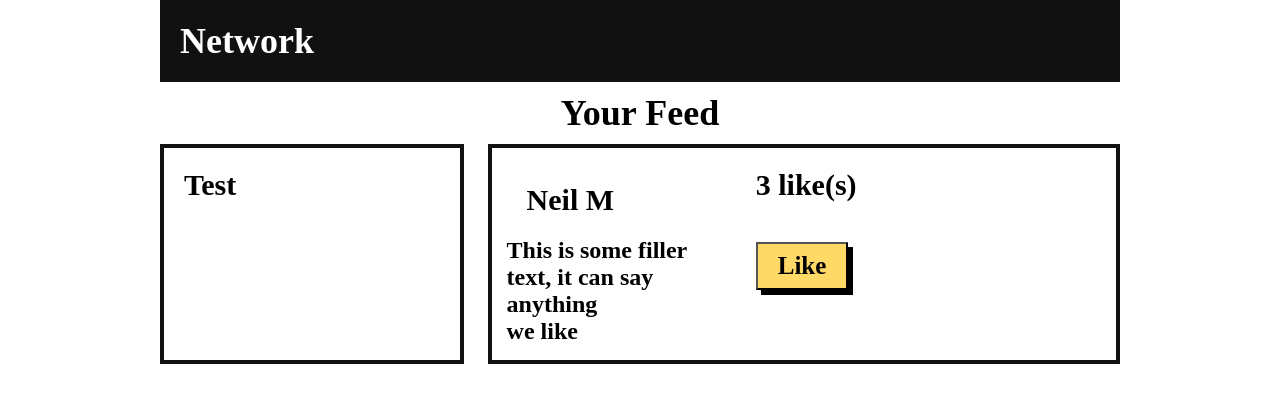
Repository: Blender20/liking_likes
Page: index.html
These files come from the project's save history. The page is drawn as it stood at one moment and after the next save; the edit follows.
The browser window is 1280 px wide. The pictures show the whole page.
Some web fonts or font styles are not loaded; a fallback is used.

Above is the page before, as saved 2022-03-29 22:52:22.

After the next save:
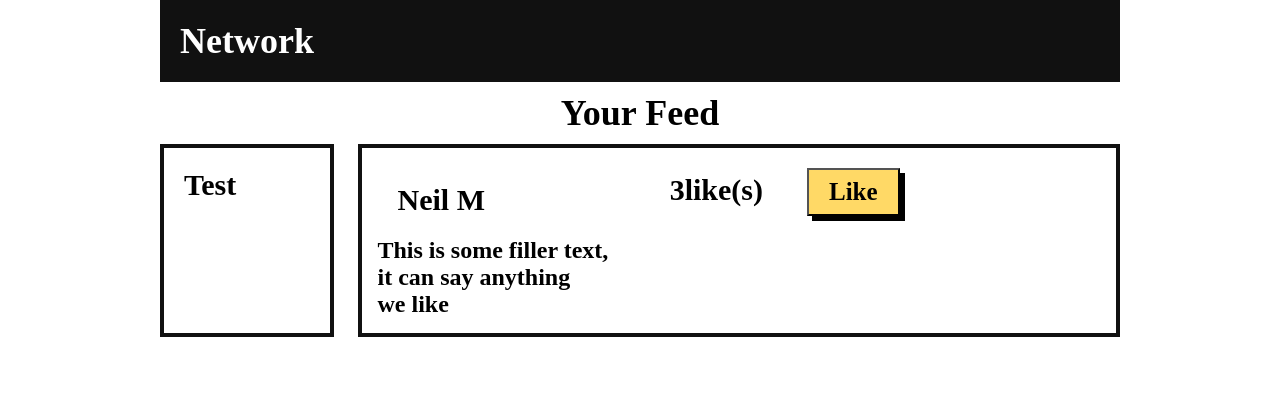
Saved 6 s later.
--- a/style.css
+++ b/style.css
@@ -64,7 +64,7 @@ h1 {
 h3 {
   padding: 20px;
   font-size: 30px;
-  display:
+  display:inline-flex
 
 }
 #like {
